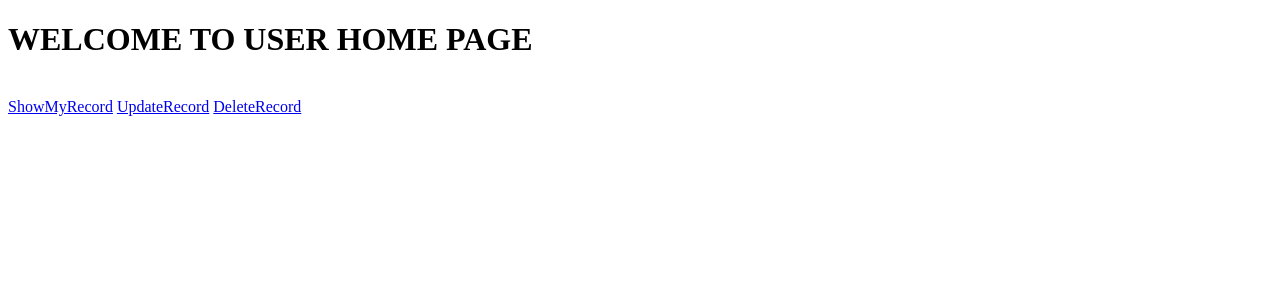
Repository: gajanansp07/Advance_Java_Practice
Page: http://localhost/JDBCCURD/UserHome.jsp
These files come from the project's save history. The page is drawn as it stood at one moment and after the next save; the edit follows.
The browser window is 1280 px wide. The pictures show the whole page.
The page is served by Tomcat 9.

Above is the page before, as saved 2022-03-17 16:32:40.

### JDBCCURD/src/main/webapp/UserHome.jsp
<%@ page language="java" contentType="text/html; charset=ISO-8859-1"
    pageEncoding="ISO-8859-1"%>
<!DOCTYPE html>
<html>
<head>
<meta charset="ISO-8859-1">
<title>Insert title here</title>
</head>
<body>
	<h1>WELCOME TO USER HOME PAGE</h1>
	<br>
	<a href="ShowMyRecord.jsp" class="uhome"  target="iframe_home">ShowMyRecord</a>
	<a href="UpdateRecord.jsp" class="uhome"  target="iframe_home">UpdateRecord</a>
	<a href="DeleteRecord.jsp" class="uhome" target="iframe_home">DeleteRecord</a>
</body>
</html>

After the next save:
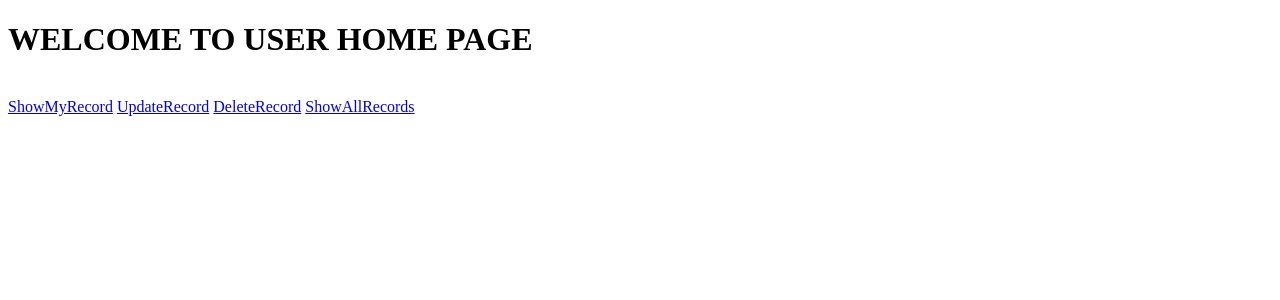
Saved 3 min 26 s later.
--- a/JDBCCURD/src/main/webapp/UserHome.jsp
+++ b/JDBCCURD/src/main/webapp/UserHome.jsp
@@ -12,5 +12,6 @@
 	<a href="ShowMyRecord.jsp" class="uhome"  target="iframe_home">ShowMyRecord</a>
 	<a href="UpdateRecord.jsp" class="uhome"  target="iframe_home">UpdateRecord</a>
 	<a href="DeleteRecord.jsp" class="uhome" target="iframe_home">DeleteRecord</a>
+	<a href="ShowAllEMployee.jsp" class="uhome" target="iframe_home">ShowAllRecords</a>
 </body>
 </html>
